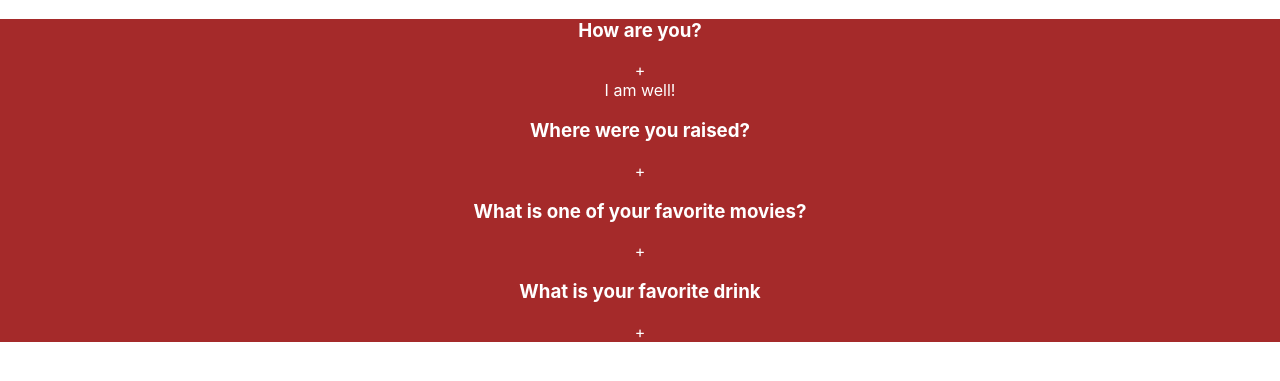
Repository: kosenijr/react-projects
Page: / (app in accordion/), after clicking the first element matching `div.title`
The author's editor kept a copy of each file at every save. The page is drawn from the files as they stood at one save, then again after the next save.
The browser window is 1280 px wide. The pictures show the whole page.
The project was rebuilt for these pictures with package versions that can differ from the ones it lists, and the page was loaded fresh each time.

Above is the page before, as saved 2024-03-02 22:22:58.

After the next save:
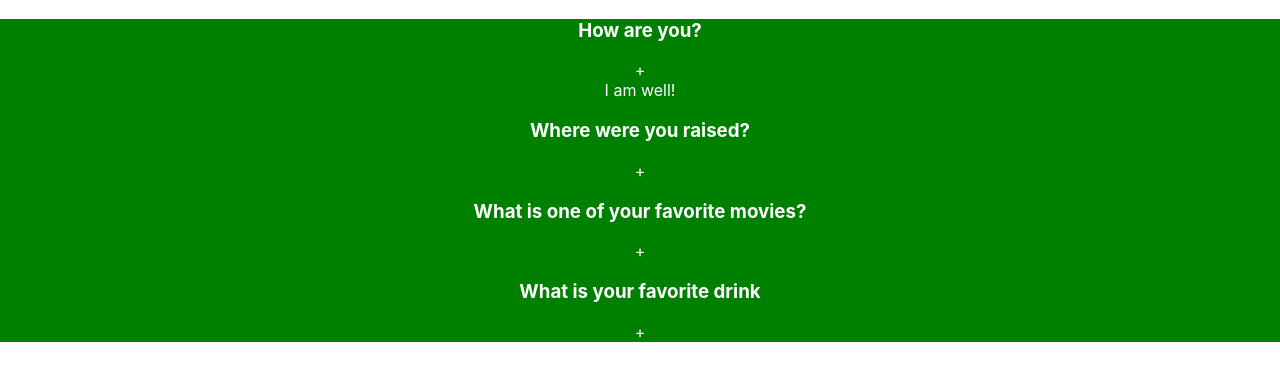
Saved 8 s later.
--- a/accordion/src/styles/Accordion.css
+++ b/accordion/src/styles/Accordion.css
@@ -2,6 +2,6 @@
 
 }
 .accordion {
-background-color: brown;
+background-color: green;
 color: white;
 }
